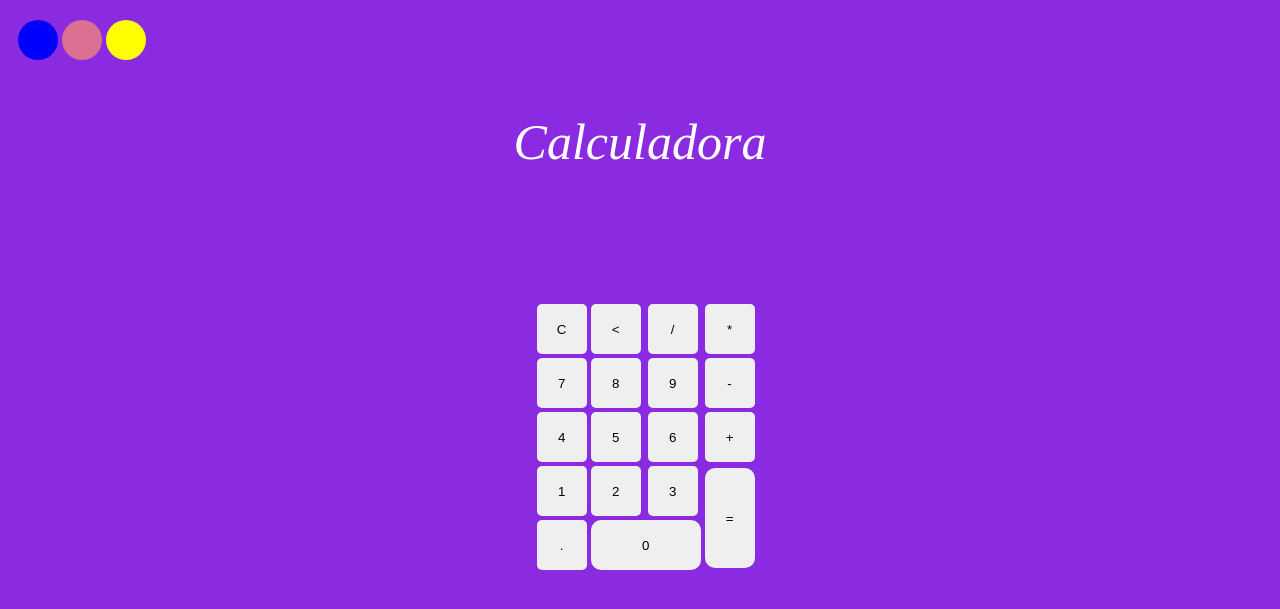
Repository: mariele-huff/calculadora
Page: index.html
These files come from the project's save history. The page is drawn as it stood at one moment and after the next save; the edit follows.
The browser window is 1280 px wide. The pictures show the whole page.
After loading, the first visible `button.corRoxo` was clicked once.

Above is the page before, as saved 2022-08-14 20:58:48.

### index.html
<!DOCTYPE html>
<html lang="pt-br">

<head>
    <meta charset="UTF-8">
    <meta http-equiv="X-UA-Compatible" content="IE=edge">
    <meta name="viewport" content="width=device-width, initial-scale=1.0">
    <link rel="stylesheet" href="style.css">
    <script src="index.js">

    </script>
    <title>Calculadora</title>
</head>

<body>
    <div class="cores">
    <button class="corAzul"onclick="mudaCorAz()"></button>
    <button class="corRosa"onclick="mudaCorRos()"></button>
    <button class="corAmarelo"onclick="mudaCorAm()"></button>
    <button class="corRoxo"onclick="mudaCorRox()"></button>
    </div>
    <div class="calculadora">
        <p class="titulo">Calculadora</p>
        <div id="resultado">  </div>
        <table>
            <tr>

                <td><button class="botao" onclick="limpar()">C</button></td>
                <td><button class="botao" onclick="voltar()"><</button>
                </td>
                <td><button id="bt" class="botao" onclick="acrescenta('/')">/</button></td>
                <td><button class="botao" onclick="acrescenta('*')">*</button></td>
            </tr>
            <tr>
                <td><button class="botao" onclick="acrescenta('7')">7</button></td>
                <td><button class="botao" onclick="acrescenta('8')">8</button></td>
                <td><button class="botao" onclick="acrescenta('9')">9</button></td>
                <td><button class="botao" onclick="acrescenta('-')">-</button></td>
            </tr>
            <tr>
                <td><button class="botao" onclick="acrescenta('4')">4</button></td>
                <td><button class="botao" onclick="acrescenta('5')">5</button></td>
                <td><button class="botao" onclick="acrescenta('6')">6</button></td>
                <td><button class="botao" button onclick="acrescenta('+'), calcular()" >+</button>
                </td>
            </tr>
            <tr>
                <td><button class="botao" onclick="acrescenta('1')">1</button></td>
                <td><button class="botao" onclick="acrescenta('2')">2</button></td>
                <td><button class="botao" onclick="acrescenta('3')">3</button></td>
                <td rowspan="2"><button id="bti"class="botao2" onclick="calcular()">=</button></td>
            </tr>
            <tr>

                <td> <button class="botao" onclick="acrescenta('.')">.</button></td>
                <td colspan="2"><button class="botao1" onclick="acrescenta('0')">0</button></td>
            </tr>
        </table>
    </div>

</body>

</html>

### style.css
body {
    background-image: url("img/fundo.jpg")
}

.titulo {
    color: white;
    text-align: center;
    font-size: 50px;
    font-style: italic;
}

.calculadora {
    width: 250px;
    height: 400px;
    margin-left: 40%;
    border: 5px black;
    border-radius: 10px;

}

.botao {
    height: 50px;
    width: 50px;
    border-width: inherit;
    border-radius: 5px;
    text-align: center;
}

.botao:hover {
    border-width: 2px;
    border-color: blueviolet;

}

.botao1:hover {
    border-width: 2px;
    border-color: blueviolet;

}

.botao2:hover {
    background-color: blueviolet;
    color:wheat;
}

.botao1 {
    height: 50px;
    width: 110px;
    border-radius: 10px;
    border-width: inherit;

}

.botao2 {
    height: 100px;
    width: 50px;
    border-radius: 10px;
    border-width: inherit;

}

#resultado {
    background-color: blueviolet;
    height: 60px;
    width: 215px;
    border-radius: 10px;
    border-width: 10px;
    border-color: blueviolet;
    color: white;
    font-size: 50px;
    margin-left: 20px;
    text-align: right;


}

table {
    margin-left: 20px;
    margin-top: 20px;
}
.cores{
    width: 100%;
    margin-top: 20px;

}
.corAzul{
   margin-left: 10px;
    border-radius: 100%;
    border: thin;
    height: 40px;
    width: 40px;
    background-color: blue;
    color:white

}

.corRosa{
    border-radius: 100%;
    border: thin;
    height: 40px;
    width: 40px;
    background-color: palevioletred;
    color:white

}

.corAmarelo{
    border-radius: 100%;
    border: thin;
    height: 40px;
    width: 40px;
    background-color: yellow;
    color:white
}
.corRoxo{
    border-radius: 100%;
    border: thin;
    height: 40px;
    width: 40px;
    background-color: blueviolet;
    color:white

}

### index.js

let acrescenta = (num) => {
    let numero = document.querySelector('#resultado').innerHTML
    document.querySelector('#resultado').innerHTML = numero + num
}
let limpar = () => {
    let resultado = document.querySelector('#resultado')
    resultado.innerHTML = " "
}

let voltar = () => {
    let resultado = document.querySelector('#resultado').innerHTML
    document.querySelector('#resultado').innerHTML = resultado.substring(0, resultado.length - 1)

}

let calcular = () => {

    let resultado = document.querySelector('#resultado').innerHTML
    if (resultado) {
        let aresult = document.querySelector('#resultado').innerHTML = eval(resultado)

    }
}
let mudaCorAz = () => {
    document.body.style.background = 'blue'



}
let mudaCorRos = () => {

    document.body.style.background = 'palevioletred'
}
let mudaCorAm = () => {

    document.body.style.background = 'yellow'
}
let mudaCorRox = () => {

    document.body.style.background = 'blueviolet'
}



let historico = () => {

    let hist = document.createElement('div')
    hist.style.width = '300px'
    hist.style.height = '300px'
    hist.style.marginLeft = '37%'
    hist.style.marginTop = '100px'
    hist.style.background = 'white'

    document.body.appendChild(hist)



}

After the next save:
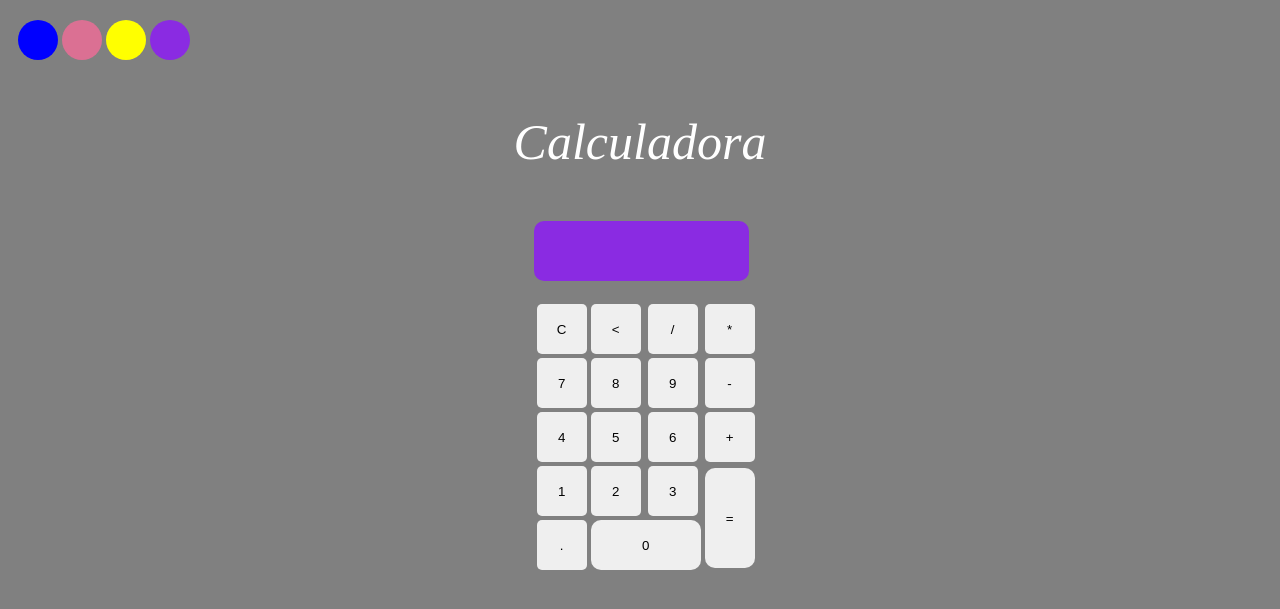
Saved 28 s later.
--- a/index.js
+++ b/index.js
@@ -38,7 +38,7 @@ let mudaCorAm = () => {
 }
 let mudaCorRox = () => {
 
-    document.body.style.background = 'blueviolet'
+    document.body.style.background = 'grey'
 }
 
 
